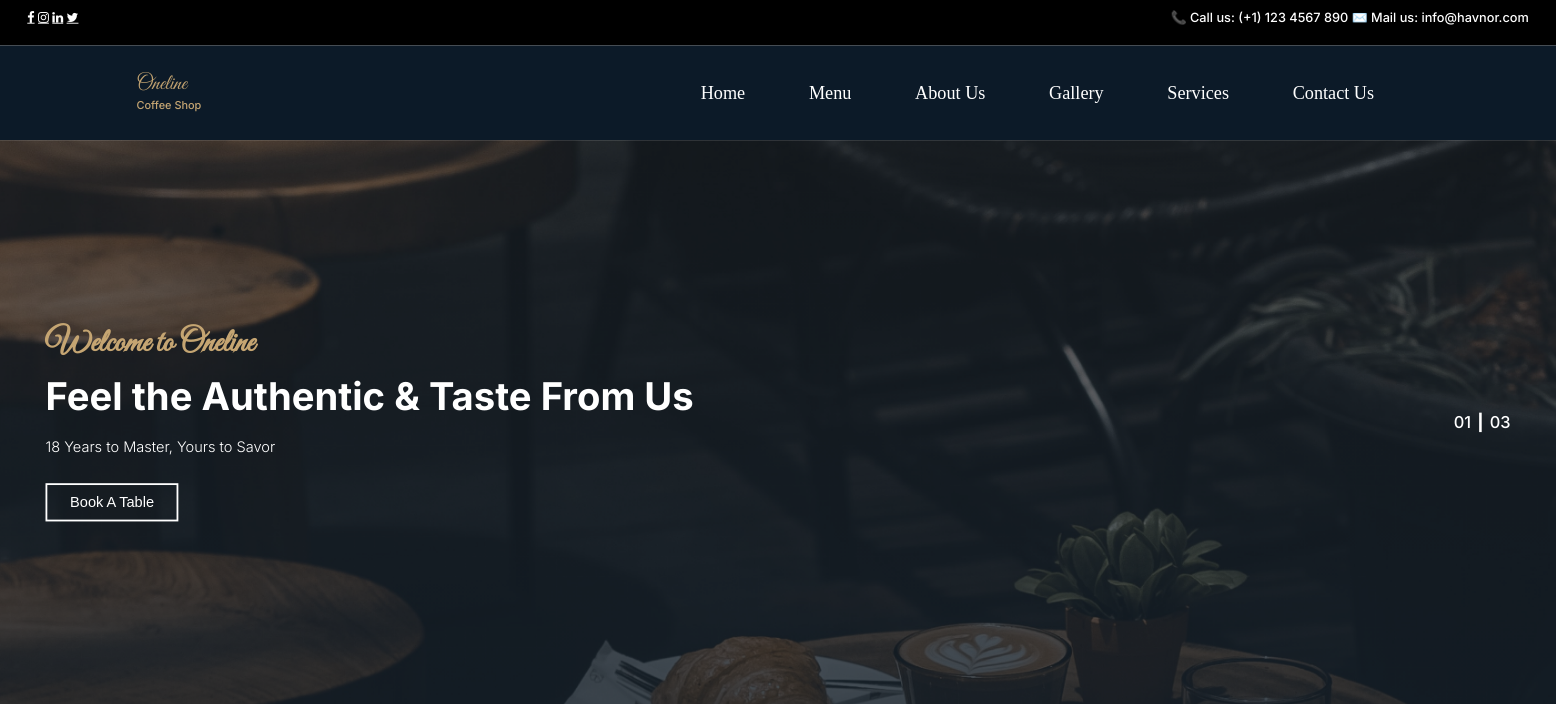
Repository: abhayzulasana/Online-Coffee-Shop
Page: index.html
An editor plug-in stored every save of this project. The page is shown before and after a run of saves, followed by the edit.
The browser window is 1280 px wide. The page is 1710 px wide, so the pictures cover 1710 px, including what lies to the right of the window. The pictures show the whole page, at 91% of full size.

Above is the page before, as saved 2025-05-13 17:07:27.

### index.html
<!DOCTYPE html>
<html lang="en">
<head>
  <meta charset="UTF-8" />
  <meta name="viewport" content="width=device-width, initial-scale=1.0" />
  <title>Oneline Coffee Shop</title>
  <link rel="stylesheet" href="style.css" />
  <link rel="stylesheet" href="https://cdnjs.cloudflare.com/ajax/libs/font-awesome/4.7.0/css/font-awesome.min.css">

  <link rel="preconnect" href="https://fonts.googleapis.com" />
  <link rel="preconnect" href="https://fonts.gstatic.com" crossorigin />
  <link href="https://fonts.googleapis.com/css2?family=Great+Vibes&family=Inter:wght@300;500;700&display=swap" rel="stylesheet">
</head>
<body>
  <header class="top-bar">
    <div class="social-icons">
      <a href="#" class="fa fa-facebook"></a>
      <a href="#" class="fa fa-instagram"></a>
      <a href="#" class="fa fa-linkedin"></a>
      <a href="#" class="fa fa-twitter"></a>

      <!-- <span>📘</span>
      <span>📸</span>
      <span>💼</span>
      <span>🐦</span> -->
    </div>
    <div class="contact-info">
      <span>📞 Call us: (+1) 123 4567 890</span>
      <span>✉️ Mail us: info@havnor.com</span>
    </div>
  </header>

  <nav class="navbar">
    <div class="logo">
      <!-- <span>☕</span> -->
      <span class="logo-text">Oneline <small>Coffee Shop</small></span>
    </div>
    <ul class="nav-links">
      <li>Home</li>
      <li>Menu</li>
      <li>About Us</li>
      <li>Gallery</li>
      <li>Services</li>
      <li>Contact Us</li>
    </ul>
  </nav>

  <section class="hero">
    <div class="hero-content" >

      <h2>Welcome to Oneline</h2>
      <h1>Feel the Authentic & Taste From Us</h1>
      <!-- <div class="divider">☕</div> -->
      <p>18 Years to Master, Yours to Savor</p>
      <button>Book A Table</button>
    </div>
    <div class="scroll-number">
      <span>01</span>
      <span>┃</span>
      <span>03</span>
    </div>
  </section>
</body>
</html>

### style.css
/* Reset & Base */
* {
    margin: 0;
    padding: 0px;
    box-sizing: border-box;
  }

  body {
    font-family: 'Inter', sans-serif;
    color: white;
    height: 100vh;
  }

  /* Top Bar */
  .top-bar {
    top: 0px;
    left: 0px;
    width: 1710px;
    height: 50px;
    background-color: #000;
    color: white;
    display: flex;
    justify-content: space-between;
    padding: 10px 30px;
    font-size: 14px;
  }

  .social-icons a {
    /* margin-right: 10px; */
    color: white;
    /* margin-left: 0px; */
    gap: 100px;
  }
  .contact-info{
    .contact-info {
      display: flex;
      gap: 20px;
      margin-right: 10px;

      align-items: center;
    }

  }
  /* Navbar */
  .navbar {
    top: 47px;
    left: 0px;
    width: 1710px;
    height: 104px;
    background-color: #0c1a28;
    display: flex;
    justify-content: space-between;
    align-items: center;
    padding: 15px 50px;
  }

  .logo {
    display: flex;
    align-items: center;
    font-size: 24px;
  }

  .logo-text {
    top: 81px;
    width: 92px;
    height: 48px;
    color: #C5A572;
    font-family: 'Great Vibes', cursive;
    margin-left: 100px;
    font-size: 24px;
  }

  .logo-text small {
    display: block;
    font-size: 12px;
    font-family: 'Inter', sans-serif;
  }

  .nav-links {
    margin-right: 150px;

    top: 88px;
height: 24px;
    list-style: none;
    display: flex;
    gap: 70px;
    /* text-align: left; */
font: normal normal normal 20px/24px Montserrat;
letter-spacing: 0px;
color: #FFFFFF;
opacity: 1;
  }

  .nav-links li {
    cursor: pointer;
        gap: 70px;

  }

  /* Hero Section */
  .hero {
    top: 151px;
left: 0px;
width: 1710px;
height: 500px;
    display: flex;
    justify-content: space-between;
    align-items: center;
    height: calc(100vh - 100px);
    padding: 0 50px;
    background: url('img/bgcafe.png')  }

  .hero-content {
    max-width: 50%;
  }

  .hero-content h2 {
    font-family: 'Great Vibes', cursive;
    font-size: 36px;
    color: #C5A572;
    margin-bottom: 10px;

  }

  .hero-content h1 {
    font-size: 42px;
    margin-bottom: 20px;
  }

  .divider {
    font-size: 20px;
    color: #d4af37;
    margin-bottom: 10px;
  }

  .hero-content p {
    margin-bottom: 30px;
    font-weight: 300;
  }

  .hero-content button {
    padding: 10px 25px;
    font-size: 16px;
    background-color: transparent;
    border: 2px solid white;
    color: white;
    cursor: pointer;
    transition: 0.3s;
  }

  .hero-content button:hover {
    background-color: white;
    color: #000;
  }

  .scroll-number {
    text-align: center;
    font-size: 18px;
    line-height: 1.8;
  }

After the next 2 saves:
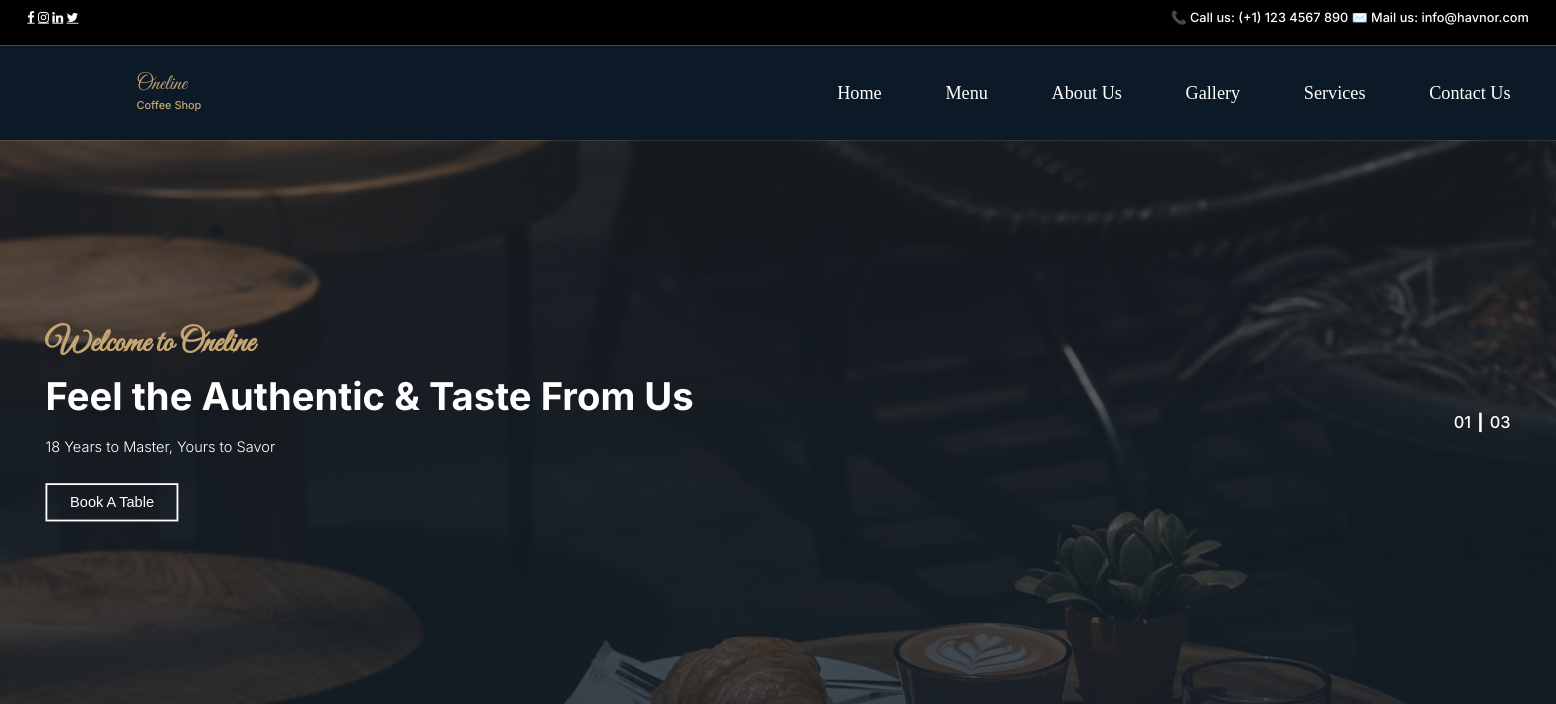
The 2 saves are shown as one change because they came seconds apart.
The last was saved 9 s later.
--- a/style.css
+++ b/style.css
@@ -77,8 +77,8 @@
   }
 
   .nav-links {
-    margin-right: 150px;
-
+    /* margin-right: 150px; */
+    left: 1465px;
     top: 88px;
 height: 24px;
     list-style: none;
